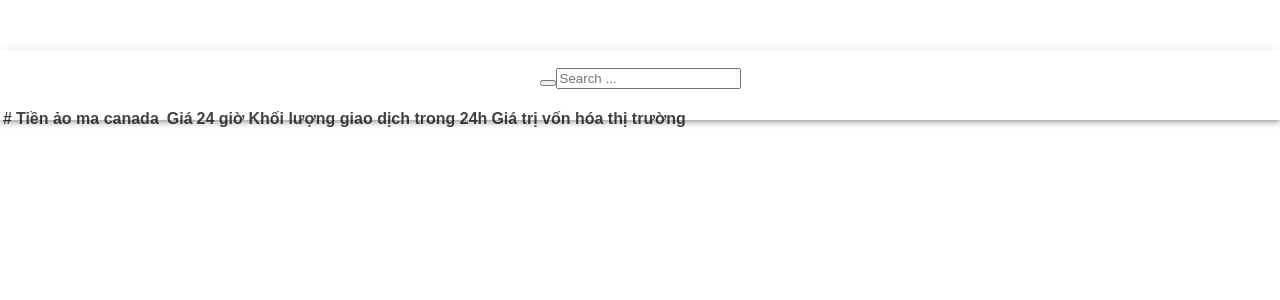
Repository: duongspm/loly-cuptea
Page: /
These files come from the project's save history. The page is drawn as it stood at one moment and after the next save; the edit follows.
The browser window is 1280 px wide. The pictures show the whole page.
The page's requests for data from a server got no answer. The project was rebuilt for these pictures with package versions that can differ from the ones it lists, and the page was loaded fresh each time. No one was signed in, and anything a server would have sent is missing. Also part of the build but not shown: src/components/Coins/Coin.css.

Above is the page before, as saved 2022-06-06 23:06:36.

### public/index.html
<!DOCTYPE html>
<html lang="en">
  <head>
    <meta charset="utf-8" />
    <link rel="icon" href="%PUBLIC_URL%/favicon.ico" />
    <meta name="viewport" content="width=device-width, initial-scale=1" />
    <meta name="theme-color" content="#000000" />
    <meta
      name="description"
      content="Web site created using create-react-app"
    />
    <link rel="apple-touch-icon" href="%PUBLIC_URL%/logo192.png" />
    <!--
      manifest.json provides metadata used when your web app is installed on a
      user's mobile device or desktop. See https://developers.google.com/web/fundamentals/web-app-manifest/
    -->
    <link rel="manifest" href="%PUBLIC_URL%/manifest.json" />
    <!--
      Notice the use of %PUBLIC_URL% in the tags above.
      It will be replaced with the URL of the `public` folder during the build.
      Only files inside the `public` folder can be referenced from the HTML.

      Unlike "/favicon.ico" or "favicon.ico", "%PUBLIC_URL%/favicon.ico" will
      work correctly both with client-side routing and a non-root public URL.
      Learn how to configure a non-root public URL by running `npm run build`.
    -->
    <title>Loly Cup Tea | by DuonggDun</title>
  </head>
  <body>
    <noscript>You need to enable JavaScript to run this app.</noscript>
    <div id="root"></div>
    <!--
      This HTML file is a template.
      If you open it directly in the browser, you will see an empty page.

      You can add webfonts, meta tags, or analytics to this file.
      The build step will place the bundled scripts into the <body> tag.

      To begin the development, run `npm start` or `yarn start`.
      To create a production bundle, use `npm run build` or `yarn build`.
    -->
  </body>
</html>

### src/App.js
//import logo from './logo.svg';
import './App.css';
import Header from './components/header_footer/Header';
import Coins from './components/Coins/Coins'
import TopBar from './components/header_footer/TopBar';

function App() {
  return (
    <div className='App'>
      <TopBar></TopBar>
      <Header></Header>
      <Coins></Coins>
    </div>
  );
}

export default App;

Loaded but not shown: src/index.js (common file); src/index.css (common file); src/reportWebVitals.js (common file); src/App.css (common file); src/components/Coins/Coins.js (89 lines, source omitted); src/components/header_footer/Header.js (56 lines, source omitted); src/components/header_footer/TopBar.js (16 lines, source omitted); src/components/header_footer/SideDrawer.js (18 lines, source omitted); src/resources/styles.css (1397 lines, source omitted)

After the next save:
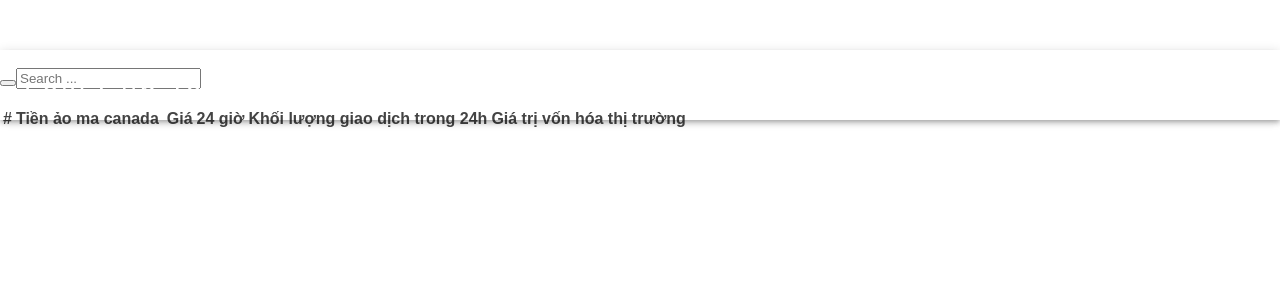
Saved 34 s later.
--- a/src/App.js
+++ b/src/App.js
@@ -6,7 +6,7 @@
 
 function App() {
   return (
-    <div className='App'>
+    <div>
       <TopBar></TopBar>
       <Header></Header>
       <Coins></Coins>
